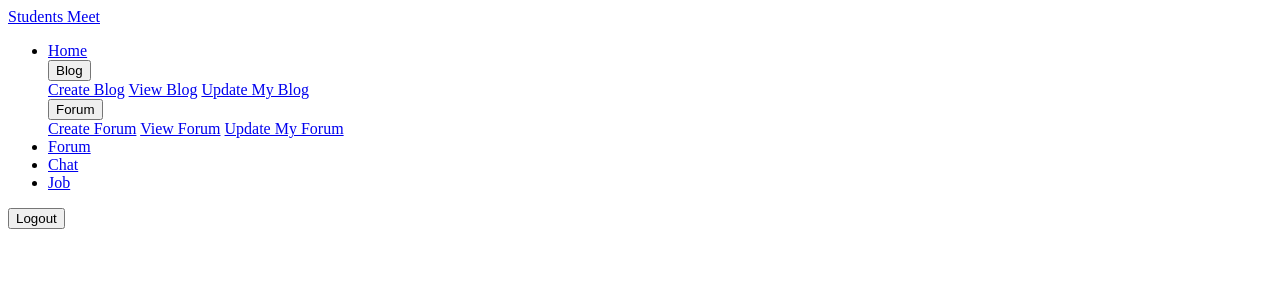
Repository: JamesArul/CLBSiteSTMT
Page: StudentsMeetFrontEnd/WebContent/Headers/UserHeader.html
An editor plug-in stored every save of this project. The page is shown before and after the next save, followed by the edit.
The browser window is 1280 px wide. The pictures show the whole page.

Above is the page before, as saved 2017-05-31 17:30:59.

After the next save:
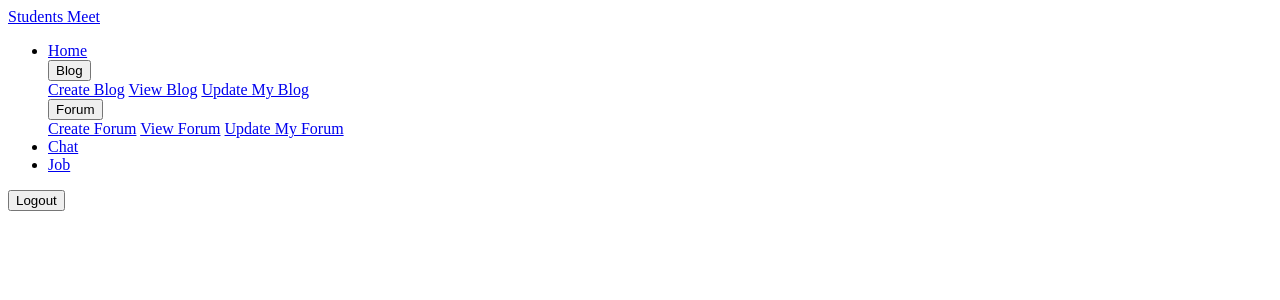
Saved 10 s later.
--- a/StudentsMeetFrontEnd/WebContent/Headers/UserHeader.html
+++ b/StudentsMeetFrontEnd/WebContent/Headers/UserHeader.html
@@ -22,7 +22,6 @@
      	 <a href="#">Update My Forum</a>
     	</div>
       </div>
-      <li><a href="#!/goLogin">Forum</a></li>
       <li><a href="#!/goLogin">Chat</a></li>
       <li><a href="#!/goLogin">Job</a></li>
    </ul>
